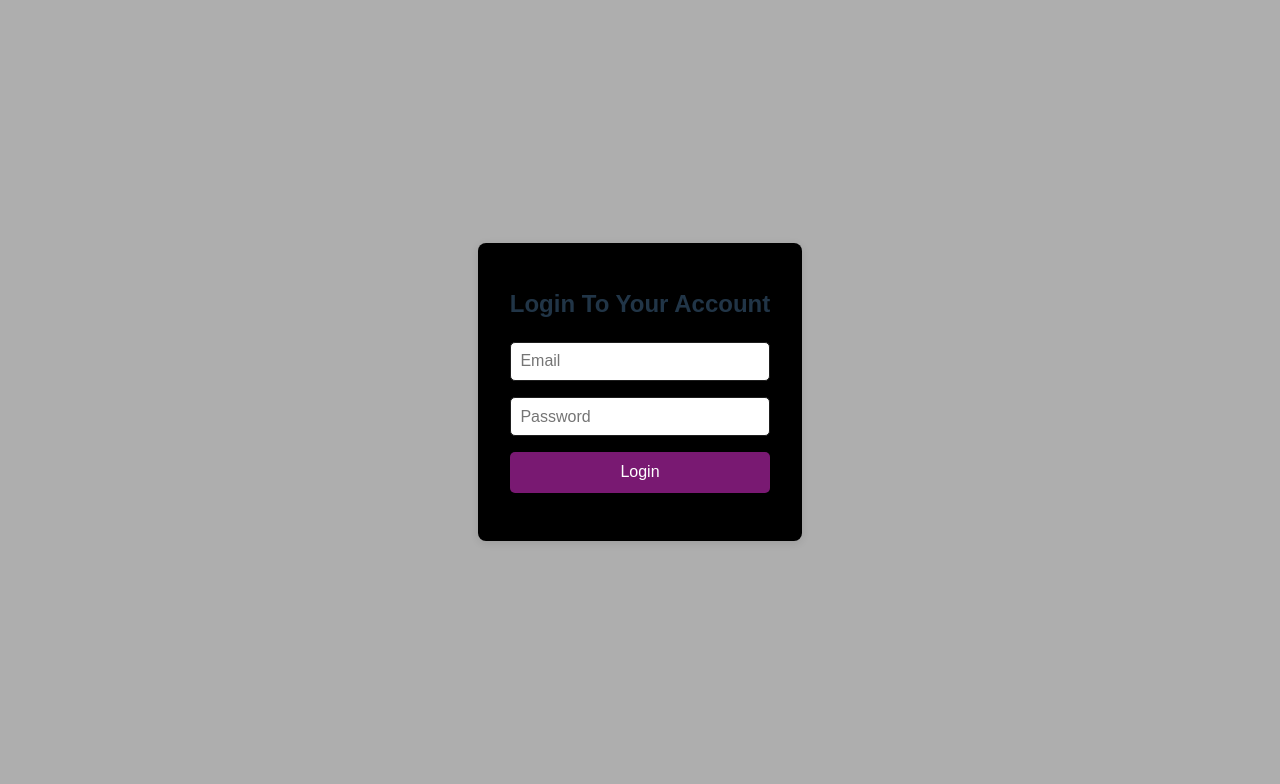
Repository: revathithiruvasagan/cuic26
Page: / (app in testapp/)
These files come from the project's save history. The page is drawn as it stood at one moment and after a run of saves; the edit follows.
The browser window is 1280 px wide. The pictures show the whole page.
The project was rebuilt for these pictures with package versions that can differ from the ones it lists, and the page was loaded fresh each time. Also part of the build but not shown: testapp/vite.config.js.

Above is the page before, as saved 2025-05-30 20:57:13.

After the next 2 saves:
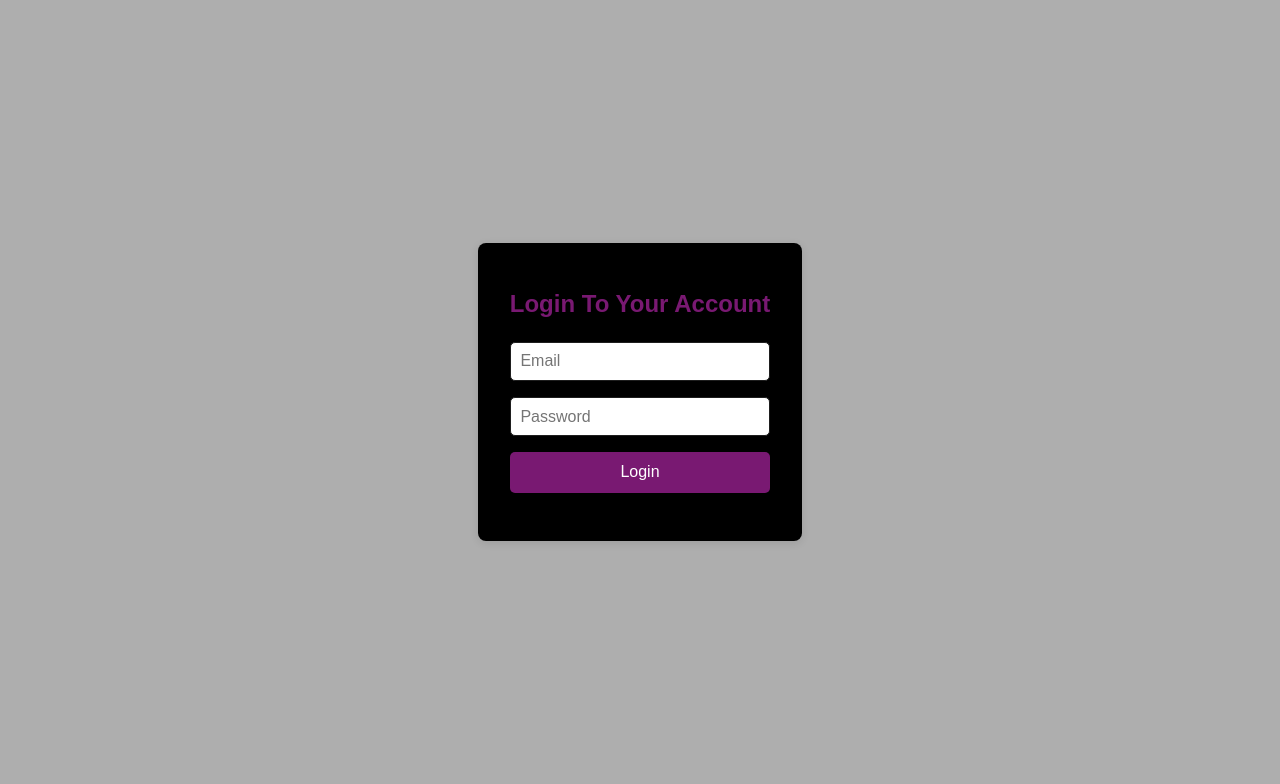
The 2 saves are shown as one change because they came seconds apart.
The last was saved 9 s later.
--- a/testapp/src/styles/Login.css
+++ b/testapp/src/styles/Login.css
@@ -25,7 +25,7 @@ body {
   text-align: center;
   margin-bottom: 1.5rem;
   font-size: 1.5rem;
-
+  color: #791972;
 }
 
 .form-group {
